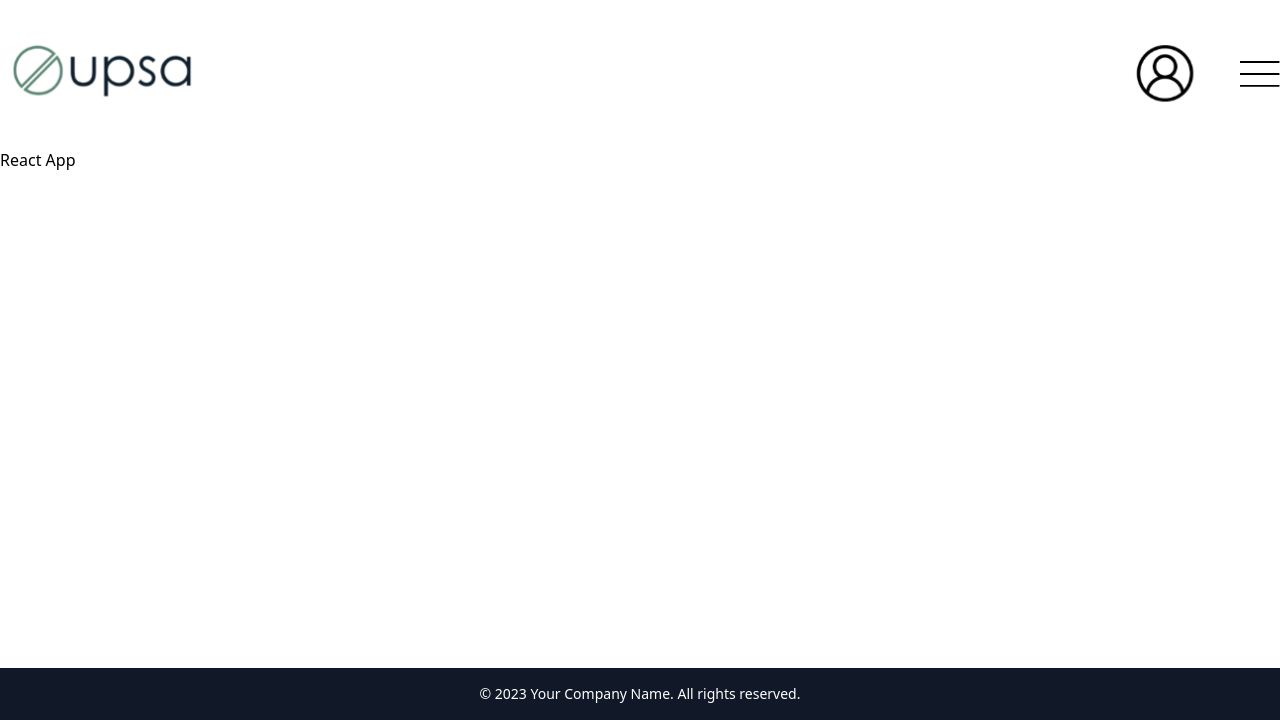
Repository: Alina-Khmilevska/UPSA-React
Page: /
An editor plug-in stored every save of this project. The page is shown before and after the next save, followed by the edit.
The browser window is 1280 px wide. The pictures show the whole page.
The project was rebuilt for these pictures with package versions that can differ from the ones it lists, and the page was loaded fresh each time. Also part of the build but not shown: src/components/header/menu/burgermenu/Menu.css.

Above is the page before, as saved 2023-09-26 16:28:17.

After the next save:
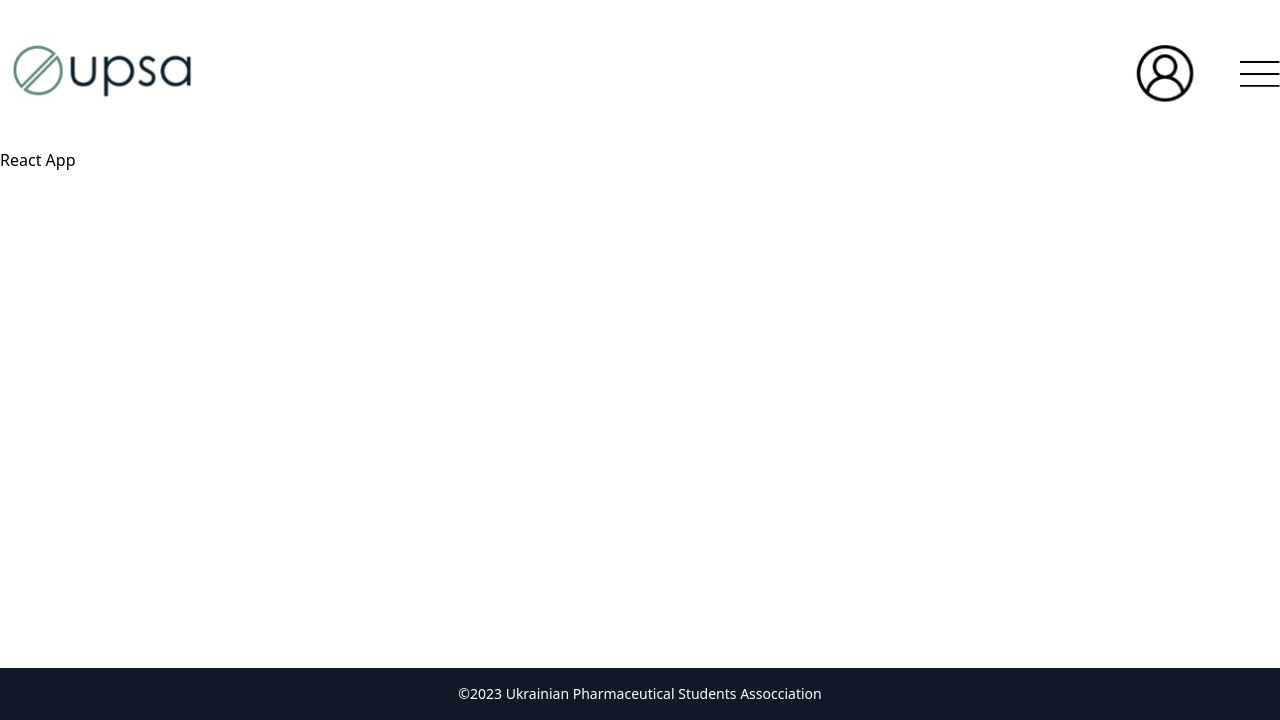
Saved 69 s later.
--- a/src/components/footer/Footer.jsx
+++ b/src/components/footer/Footer.jsx
@@ -6,7 +6,7 @@
       <div className="container mx-auto">
         <div className="flex justify-center items-center">
           <p className="text-center text-sm">
-            &copy; {new Date().getFullYear()} Your Company Name. All rights reserved.
+            &copy;{new Date().getFullYear()} Ukrainian Pharmaceutical Students Assocciation
           </p>
         </div>
       </div>
